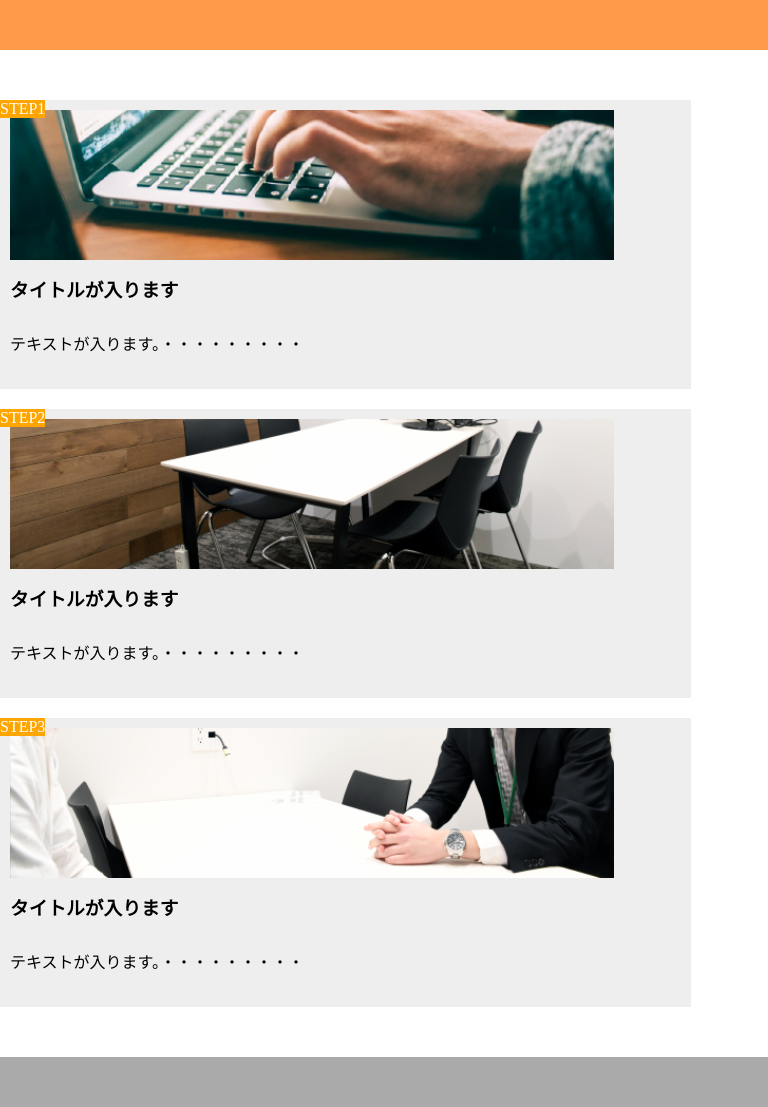
Repository: hahumanhugou/test1
Page: test1/test1.html
The author's editor kept a record of every edit. The page is drawn from the files as they stood at one moment, then again after the next edit.
The browser window is 768 px wide. The pictures show the whole page.
Some web libraries are served in a nearby version.

Above is the page before.

After the next edit:
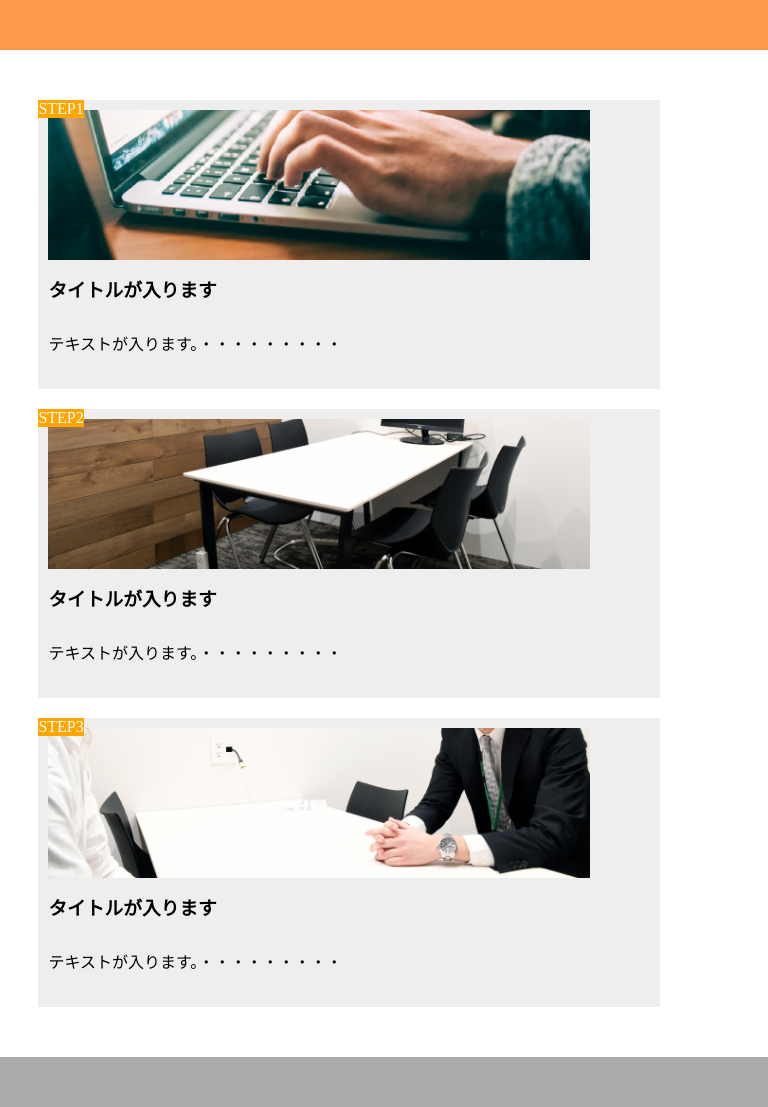
The edit:
--- a/test1/test1.css
+++ b/test1/test1.css
@@ -65,10 +65,12 @@
 }
 
 @media screen and (max-width: 768px) {
+
 .largebox{
   width: 100%;
   display: block;
-
+  padding-left: 5%;
+  padding-right: 5%;
 }
 
 .box{
